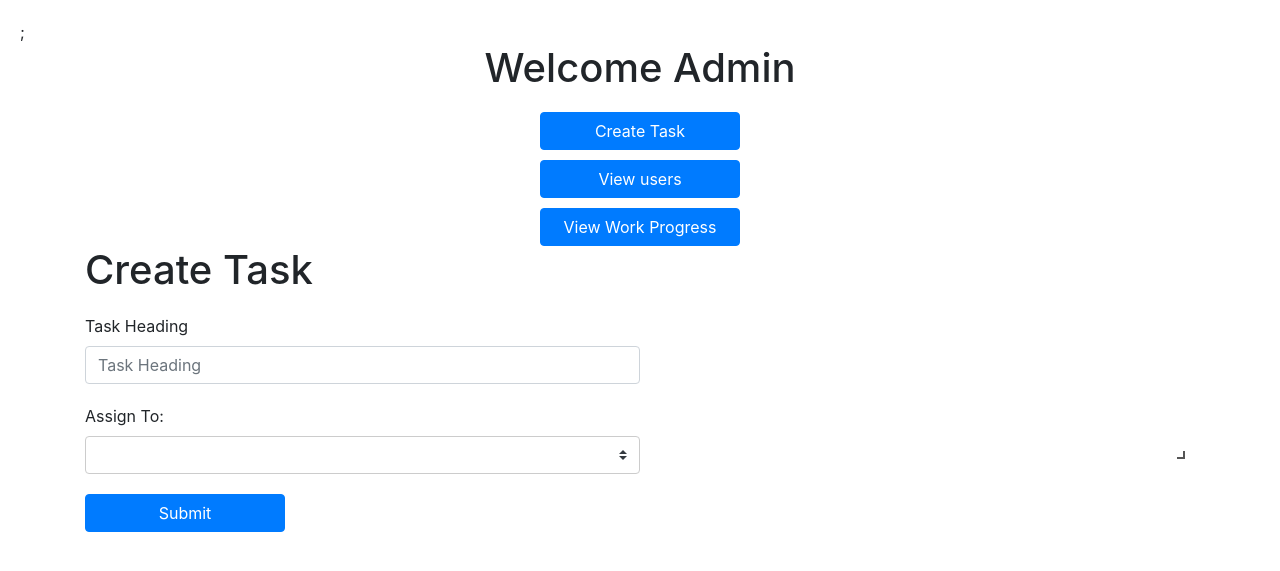
Repository: neha-rouniyar/taskmgmt
Page: http://localhost/admin/create-task
An editor plug-in stored every save of this project. The page is shown before and after the next save, followed by the edit.
The browser window is 1280 px wide. The pictures show the whole page.
Some web libraries are served in a nearby version. The page is served by the project's Laravel application, run on PHP 8.4 with Laravel 10. Other server files are loaded and not shown. Queries for data that is not in the repository find no rows.

Above is the page before, as saved 2023-12-11 20:47:32.

### routes/web.php
<?php

use App\Http\Controllers\AdminController;
use Illuminate\Support\Facades\Route;
use App\Http\Controllers\LoginController;
/*
|--------------------------------------------------------------------------
| Web Routes
|--------------------------------------------------------------------------
|
| Here is where you can register web routes for your application. These
| routes are loaded by the RouteServiceProvider and all of them will
| be assigned to the "web" middleware group. Make something great!
|
*/

Route::get('/', function () {
    return view('welcome');
});
Route::get('/login-form',[LoginController::class,'index'])->name('login.form');
Route::post('/login-form-submit',[LoginController::class,'loginFormSubmit'])->name('login.form.submit');




Route::get('/register-form',[LoginController::class,'index2'])->name('register.form');
Route::post('/register-form-submit',[LoginController::class,'registerFormSubmit'])->name('register.form.submit');


//user dashboard
Route::get('/user-dashboard',[LoginController::class,'userDashboard'])->name('user.dashboard');
Route::get('/admin-dashboard',[LoginController::class,'adminDashboard'])->name('admin.dashboard');


//admin
Route::get('/admin/view-users',[AdminController::class,'viewUsers'])->name('admin.view.users');
Route::get('/admin/create-task',[AdminController::class,'createTask'])->name('admin.create.task');
Route::get('/admin/view-work-progress',[AdminController::class,'viewWorkProgress'])->name('admin.view.workprogress');

### app/Http/Controllers/AdminController.php
<?php

namespace App\Http\Controllers;

use App\Models\User;
use Illuminate\Http\Request;

class AdminController extends Controller
{
    public function viewUsers()
    {
        $users=User::all()->where('usertype','regular');
        // dd($users);
        return view('admin.viewUsers',compact('users'));
    }
    public function createTask()
    {
        $users=User::all()->where('usertype','regular');
        return view('admin.task.create',compact('users'));
    }
    public function viewWorkProgress()
    {
        return view('admin.task.workprogress');
    }
}

### resources/views/admin/task/create.blade.php
@extends('admin.dashboard');
@section('admin-content')
<style>
    .form-group {
    margin-bottom: 20px;
}

.custom-dropdown {
    position: relative;
    width: 100%;
}

.custom-select {
    width: 50%;
    /* padding: 10px; */
    box-sizing: border-box;
    border: 1px solid #ccc;
    border-radius: 4px;
    appearance: none;
    background-color: #fff;
    cursor: pointer;
}

.custom-dropdown-arrow {
    position: absolute;
    top: 50%;
    right: 10px;
    transform: translateY(-50%);
    border: solid #555;
    border-width: 0 2px 2px 0;
    display: inline-block;
    padding: 3px;
    transition: transform 0.3s ease-in-out;
}

.custom-select:focus + .custom-dropdown-arrow {
    transform: translateY(-50%) rotate(-45deg);
}

/* Style for the dropdown options */
.custom-select option {
    padding: 10px;
}

</style>
<div class="container">
    <h1>Create Task</h1>
<form action="" method="POST">
    @csrf
      <div class="form-group">
        <label for="exampleInputEmail1">Task Heading</label>
        <input style="width: 50%" type="text" name="heading" class="form-control" id="exampleInputEmail1" aria-describedby="emailHelp" placeholder="Task Heading" required>
      </div>
      <div class="form-group">
        <label for="assignee">Assign To:</label>
        <div class="custom-dropdown">
            <select name="assignee" id="assignee" class="custom-select">
                @foreach ($users as $data)
                    <option value="{{$data->id}}">{{$data->username}}</option>
                @endforeach
            </select>
            <div class="custom-dropdown-arrow"></div>
        </div>
    </div>
      <button type="submit" class="btn btn-primary">Submit</button>
    </form>
</div>
@endsection

### resources/views/admin/dashboard.blade.php
<!doctype html>
<html lang="en">
  <head>
    <!-- Required meta tags -->
    <meta charset="utf-8">
    <meta name="viewport" content="width=device-width, initial-scale=1, shrink-to-fit=no">

    <!-- Bootstrap CSS -->
    <link rel="stylesheet" href="https://cdn.jsdelivr.net/npm/bootstrap@4.0.0/dist/css/bootstrap.min.css" integrity="sha384-Gn5384xqQ1aoWXA+058RXPxPg6fy4IWvTNh0E263XmFcJlSAwiGgFAW/dAiS6JXm" crossorigin="anonymous">
    <style>
      body {
          padding: 20px;
      }

      h1 {
          margin-bottom: 20px;
      }

      .btn-container {
          display: flex;
          flex-direction: column;
          gap: 10px;
      }

      .btn-container a {
          text-decoration: none;
      }

      .btn {
          width: 200px;
      }
  </style>
    <title>Hello, world!</title>
  </head>
  <body>
    <div class="container text-center">
        <h1>Welcome Admin</h1>
        <div class="btn-container">
            <a href="{{route('admin.create.task')}}">
                <button type="button" class="btn btn-primary">Create Task</button>
            </a>
            <a href="{{route('admin.view.users')}}">
                <button type="button" class="btn btn-primary">View users</button>
            </a>
            <a href="{{route('admin.view.workprogress')}}">
                <button type="button" class="btn btn-primary">View Work Progress</button>
            </a>
        </div>
    </div>
    @yield('admin-content')
    <script src="https://code.jquery.com/jquery-3.2.1.slim.min.js" integrity="sha384-KJ3o2DKtIkvYIK3UENzmM7KCkRr/rE9/Qpg6aAZGJwFDMVNA/GpGFF93hXpG5KkN" crossorigin="anonymous"></script>
    <script src="https://cdn.jsdelivr.net/npm/popper.js@1.12.9/dist/umd/popper.min.js" integrity="sha384-ApNbgh9B+Y1QKtv3Rn7W3mgPxhU9K/ScQsAP7hUibX39j7fakFPskvXusvfa0b4Q" crossorigin="anonymous"></script>
    <script src="https://cdn.jsdelivr.net/npm/bootstrap@4.0.0/dist/js/bootstrap.min.js" integrity="sha384-JZR6Spejh4U02d8jOt6vLEHfe/JQGiRRSQQxSfFWpi1MquVdAyjUar5+76PVCmYl" crossorigin="anonymous"></script>
</body>
</html>

Loaded but not shown: app/Http/Controllers/Controller.php (common file); app/Models/User.php (common file)

After the next save:
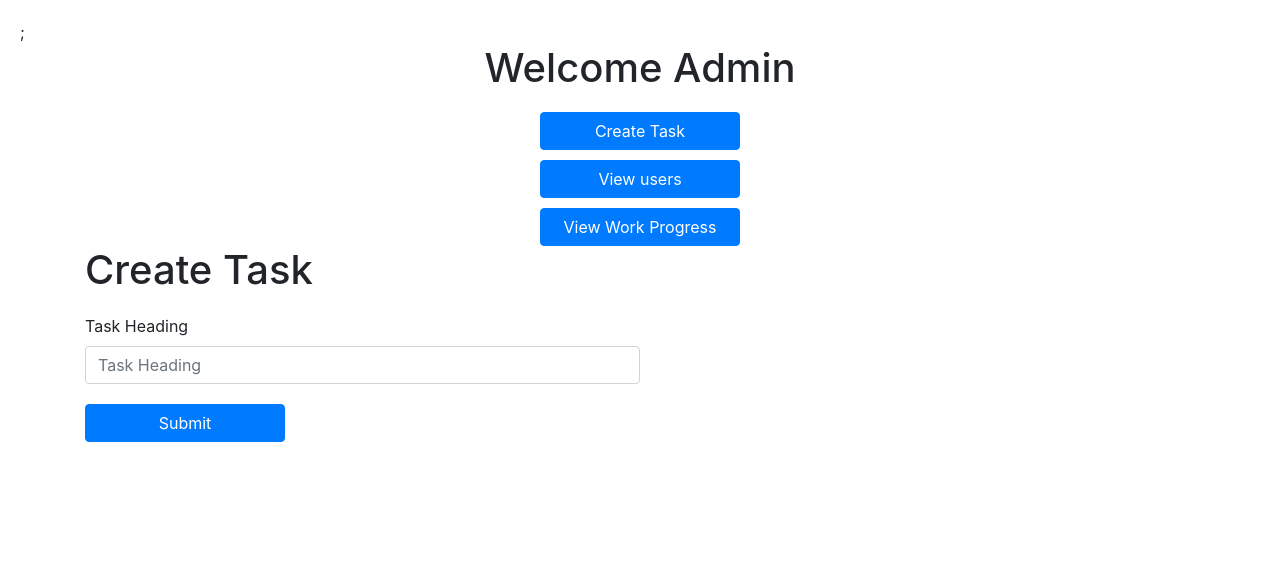
Saved 77 s later.
--- a/resources/views/admin/task/create.blade.php
+++ b/resources/views/admin/task/create.blade.php
@@ -51,7 +51,7 @@
         <label for="exampleInputEmail1">Task Heading</label>
         <input style="width: 50%" type="text" name="heading" class="form-control" id="exampleInputEmail1" aria-describedby="emailHelp" placeholder="Task Heading" required>
       </div>
-      <div class="form-group">
+      {{-- <div class="form-group">
         <label for="assignee">Assign To:</label>
         <div class="custom-dropdown">
             <select name="assignee" id="assignee" class="custom-select">
@@ -61,7 +61,7 @@
             </select>
             <div class="custom-dropdown-arrow"></div>
         </div>
-    </div>
+    </div> --}}
       <button type="submit" class="btn btn-primary">Submit</button>
     </form>
 </div>
